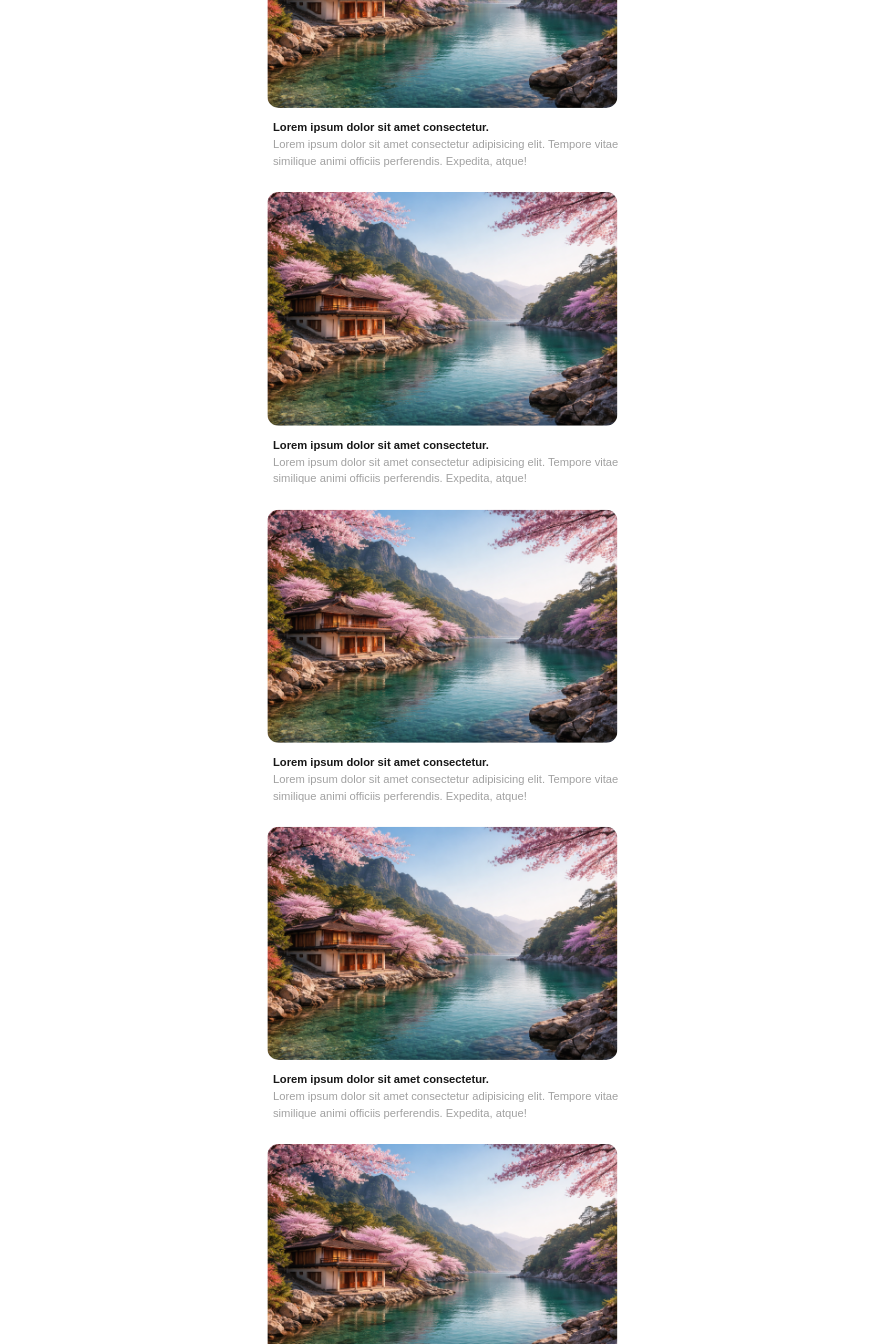
Repository: pedroantoniosi/tripicon-site
Page: /home
These files come from the project's save history. The page is drawn as it stood at one moment and after the next save; the edit follows.
The browser window is 1280 px wide. The pictures show the part of the page from y = 923 to 2843 px (the page is 3464 px tall before and 3344 px after), at 70% of full size.
The project was rebuilt for these pictures with package versions that can differ from the ones it lists, and the page was loaded fresh each time. The framework's server and built-in components were replaced by stand-ins that run in the browser. Also part of the build but not shown: next.config.ts.

Above is the page before, as saved 2026-04-01 21:05:06.

### src/app/layout.tsx
import type { Metadata } from "next";
import { Geist, Geist_Mono } from "next/font/google";
import "./globals.css";

const geistSans = Geist({
  variable: "--font-geist-sans",
  subsets: ["latin"],
});

const geistMono = Geist_Mono({
  variable: "--font-geist-mono",
  subsets: ["latin"],
});

export const metadata: Metadata = {
  title: "Create Next App",
  description: "Generated by create next app",
};

export default function RootLayout({
  children,
}: Readonly<{
  children: React.ReactNode;
}>) {
  return (
    <html
      lang="en"
      className={`${geistSans.variable} ${geistMono.variable} h-full antialiased`}
    >
      <body className="min-h-full flex flex-col">{children}</body>
    </html>
  );
}

### src/app/home/page.tsx
"use client";
import styles from "./page.module.css";
import Searchbar from "@/components/searchbar/searchbar";
import Container from "@/components/Container/Container";
import Image from "next/image";
// import Slider from "@/components/Slider/Slider";

// const trips = [
//   { title: "", image: "/images/banner.png" },
//   { title: "", image: "/images/banner.png" },
//   { title: "", image: "/images/banner.png" },
// ];

// const reviews = [
//   {
//     name: "Mariana Souza",
//     text: "Viajar para Kyoto sempre foi um sonho, mas eu não fazia ideia de por onde começar. A plataforma montou tudo pra mim e a experiência foi simplesmente perfeita.",
//     stars: 5,
//   },
//   {
//     name: "Lucas Ferreira",
//     text: "Fiquei impressionado com a organização. Desde Tokyo até Osaka, tudo foi muito bem planejado. Zero dor de cabeça.",
//     stars: 5,
//   },
//   {
//     name: "Camila Ribeiro",
//     text: "Eu queria uma viagem mais cultural e menos turística, e eles acertaram exatamente no que eu buscava. Kyoto foi o ponto alto da viagem.",
//     stars: 5,
//   },
//   {
//     name: "Rafael Martins",
//     text: "Foi minha primeira viagem internacional e eu estava inseguro. O suporte foi excelente do começo ao fim, principalmente durante a estadia em Tokyo.",
//     stars: 5,
//   },
//   {
//     name: "Juliana Costa",
//     text: "Consegui montar um roteiro completo em poucos minutos. A experiência no Monte Fuji foi inesquecível. Recomendo muito.",
//     stars: 5,
//   },
// ];

export default function Home() {
  return (
    <>
      {/* Sessão Inicial  Principal */}
      <section className={styles.heroContainer}>
        <div className={`${styles.heroCaption} col gap-2`}>
          <h1 className="text-4xl  text-center">
            {" "}
            Viaje com propósito. Explore com liberdade
          </h1>
          <p className="text-md lg:text-2xl text-center m-[12]">
            Experiências únicas, roteiros inteligentes e viagens planejadas nos
            mínimos detalhes.
          </p>
          <Searchbar />
        </div>
      </section>

      {/* Sessão de Novidades */}
      <Container>
        <section
          className={`${styles.featuresContainer} flex flex-col p-2 gap-2 lg:p-6 lg:gap-6`}
        >
          {Array.from({ length: 6 }).map((_, index) => (
            <div
              key={index}
              className={`${styles.card} flex gap-2 lg:flex-col`}
            >
              <Image
                className=" lg:max-w-[unset] rounded-2xl"
                src="/images/banner.png"
                alt="Banner"
                width={500}
                height={300}
              />
              <div className={`${styles.caption} md:content-end p-2`}>
                <h2 className="font-bold font">
                  Lorem ipsum dolor sit amet consectetur.
                </h2>
                <p className={`${styles.text} text-neutral-400 max-w-[500px]`}>
                  Lorem ipsum dolor sit amet consectetur adipisicing elit.
                  Tempore vitae similique animi officiis perferendis. Expedita,
                  atque!
                </p>
              </div>
            </div>
          ))}
        </section>

        {/* Sessão de planos de viagens */}
        {/* <section className="p-2 lg:p-8">
          <h2 className="font-bold text-3xl py-2">Conheça Nossas Viagens</h2>
          <div>
            <Slider
              data={trips}
              slidesPerView={{
                mobile: 1,
                tablet: 2,
                desktop: 3,
              }}
              autoplay
              loop
              renderItem={(item) => (
                <div className="rounded-xl overflow-hidden shadow">
                  <img
                    src={item.image}
                    alt={item.title}
                    className="w-full h-[400px] object-cover"
                  />
                  <h2 className="p-4 font-bold">{item.title}</h2>
                </div>
              )}
            />
          </div>
        </section> */}

        {/* Sessão de planos de viagens */}
        {/* <section className="p-2 lg:p-8">
          <h2 className="font-bold text-3xl py-2">Escolha sua nova aventura</h2>
          <div>
            <Slider
              data={trips}
              slidesPerView={{
                mobile: 1,
                tablet: 2,
                desktop: 3,
              }}
              autoplay
              loop
              renderItem={(item) => (
                <div className="rounded-xl overflow-hidden shadow">
                  <img
                    src={item.image}
                    alt={item.title}
                    className="w-full h-[400px] object-cover"
                  />
                  <h2 className="p-4 font-bold">{item.title}</h2>
                </div>
              )}
            />
          </div>
        </section> */}

        {/* Sessão de planos de viagens */}
        {/* <div className="p-2 lg:p-8">
          <div className="flex flex-wrap gap-2">
            <Slider
              data={reviews}
              slidesPerView={{
                mobile: 1.2,
                tablet: 2,
                desktop: 3,
              }}
              autoplay
              loop
              renderItem={(item) => (
                <div className="rounded-xl overflow-hidden shadow flex flex-col gap-2 bg-stone-900  p-2 rounded-2xl">
                  <div className="flex gap-1">
                    {Array.from({ length: item.stars }).map((_, index) => (
                      <i
                        key={index}
                        className="bi bi-star-fill text-yellow-300"
                      ></i>
                    ))}
                  </div>
                  <h2 className="font-bold">{item.name}</h2>
                  <p>{item.text}</p>
                </div>
              )}
            />
          </div>
        </div> */}
      </Container>
    </>
  );
}

### src/app/globals.css
@import "tailwindcss";
@import "bootstrap-icons/font/bootstrap-icons.css";


:root {
  --background: #ffffff;
  --foreground: #171717;
  --primaryColor: #
}

@media (prefers-color-scheme: dark) {
  :root {
    --background: #0a0a0a;
    --foreground: #ededed;
  }
}

body {
  background: var(--background);
  color: var(--foreground);
  font-family: Arial, Helvetica, sans-serif;
}

### src/app/home/page.module.css
.heroContainer {
    padding: 1rem;
    position: relative;
    display: grid;
    place-items: center;
    z-index: 1;
    min-height: 70svh;

    &::after {
        content: ' ';
        position: absolute;
        width: 100%;
        height: 100%;
        left: 0;
        bottom: 0;
        background-image: url('/images/banner.png');
        background-size: cover;
        z-index: -1;
        filter: brightness(70%);
    }

    & .heroTitle {
        max-width: 1024px;
        text-align: center;
    }
}


@media (min-width: 1024px) {
    .heroContainer {
        padding: 2rem;
        min-height: 100vh;
    }

    .heroContainer .heroTitle {
        max-width: 1200px;
    }
}

@media (max-width: 768px) {
    .featuresContainer {
        & .card {
            position: relative;

            & .caption {
                width: 100%;
                position: absolute;
                bottom: 0;
                z-index: 1;

                & .text {
                    display: none;
                }
            }
        }
    }

}

### src/components/searchbar/searchbar.tsx
export default function searchbar() {
  return (
    <>
      <div className="p-[.5rem] bg-white rounded-full flex justify-between m-auto max-w-[768px]">
        <input
          className="p-1 text-black outline-none border-none"
          type="text"
          placeholder="O que você está procuranpo?"
        />
        <button className="bg-orange-400 px-2 rounded-full">Pesquisar</button>
      </div>
    </>
  );
}

### src/components/Container/Container.tsx
import React from "react";

type ContainerProps = {
  children?: React.ReactNode;
};

export default function Container({ children }: ContainerProps) {
  return <div className="max-w-[1640px] m-auto">{children}</div>;
}

After the next save:
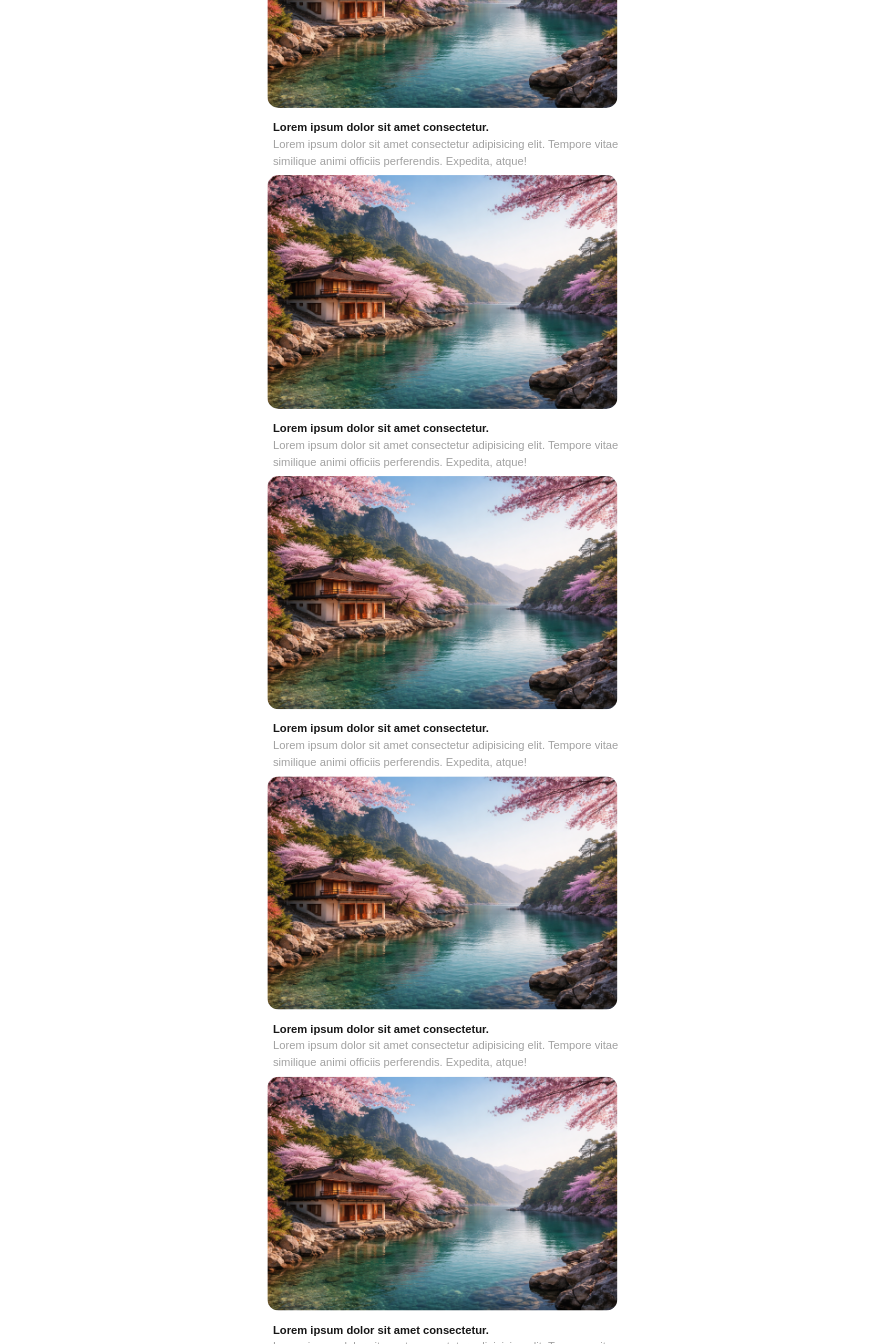
Saved 36 s later.
--- a/src/app/home/page.tsx
+++ b/src/app/home/page.tsx
@@ -60,7 +60,7 @@ export default function Home() {
       {/* Sessão de Novidades */}
       <Container>
         <section
-          className={`${styles.featuresContainer} flex flex-col p-2 gap-2 lg:p-6 lg:gap-6`}
+          className={`${styles.featuresContainer} grid-cols-2 md:grid-cols-4 gap-2 lg:p-6 lg:gap-6`}
         >
           {Array.from({ length: 6 }).map((_, index) => (
             <div
